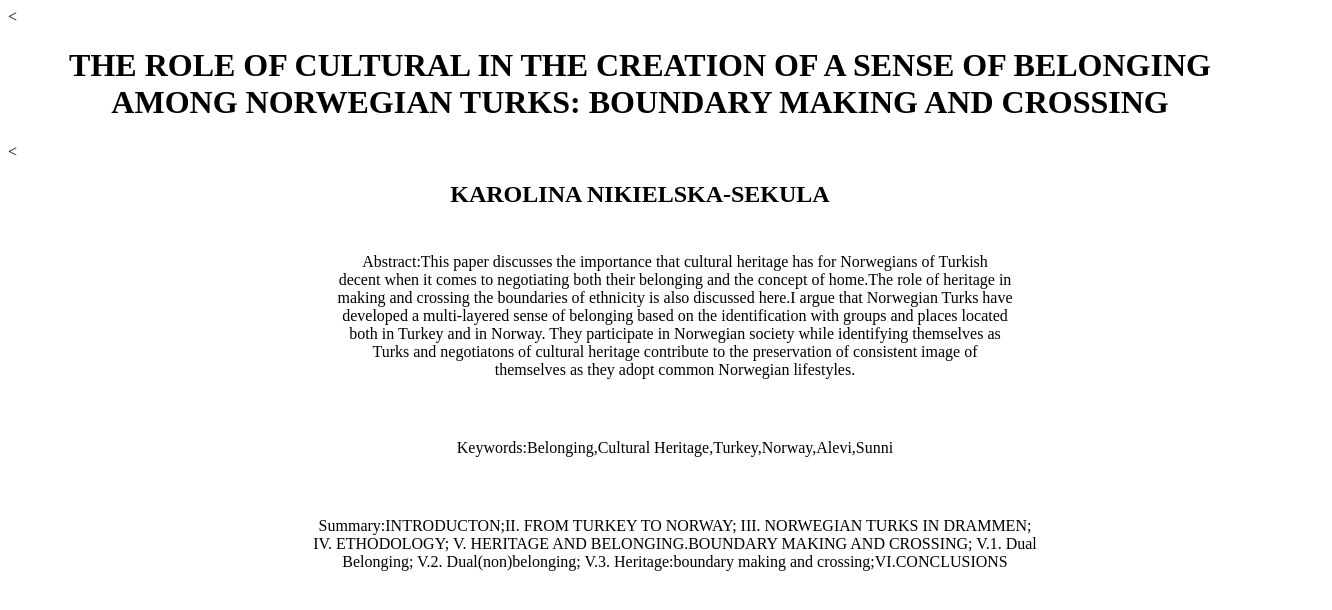
Repository: Pholi658/HTML-Task1
Page: Task2.html/No2.html
The author's editor kept a copy of each file at every save. The page is drawn from the files as they stood at one save, then again after the next save.
The browser window is 1280 px wide. The page is 1332 px wide, so the pictures cover 1332 px, including what lies to the right of the window. The pictures show the whole page.

Above is the page before, as saved 2024-10-17 14:35:10.

### Task2.html/No2.html
<!Doctype html>
<html lang=en>
< <head>
    <title>no2 task</title>
    <style>
        h1,
        h2 {
            text-align: center;
        }

        p {

            width: 100%;
            border: 7px honeydew;
            padding: 25px;
            margin: 10px;
            text-align: center;

        }
    </style>
    </head>

    <body>
        <h1>THE ROLE OF CULTURAL IN THE CREATION OF A
            SENSE OF BELONGING AMONG NORWEGIAN TURKS:
            BOUNDARY MAKING AND CROSSING
        </h1>
        <<h2>KAROLINA NIKIELSKA-SEKULA</h2>
            <p>Abstract:This paper discusses the importance that cultural heritage has for Norwegians of Turkish<br>
                decent when it comes to negotiating both their belonging and the concept of home.The role of heritage
                in<br>
                making and crossing the boundaries of ethnicity is also discussed here.I argue that Norwegian Turks
                have<br>
                developed a multi-layered sense of belonging based on the identification with groups and places
                located<br>
                both in Turkey and in Norway. They participate in Norwegian society while identifying themselves as<br>
                Turks and negotiatons of cultural heritage contribute to the preservation of consistent image of<br>
                themselves as they adopt common Norwegian lifestyles.</p>
            <p>Keywords:Belonging,Cultural Heritage,Turkey,Norway,Alevi,Sunni</p>
            <p>Summary:INTRODUCTON;II. FROM TURKEY TO NORWAY; III. NORWEGIAN TURKS IN DRAMMEN;<br>IV. ETHODOLOGY; V.
                HERITAGE
                AND BELONGING.BOUNDARY MAKING AND CROSSING; V.1. Dual<br>Belonging; V.2. Dual(non)belonging; V.3.
                Heritage:boundary making and crossing;VI.CONCLUSIONS</p>
    </body>

</html>

After the next save:
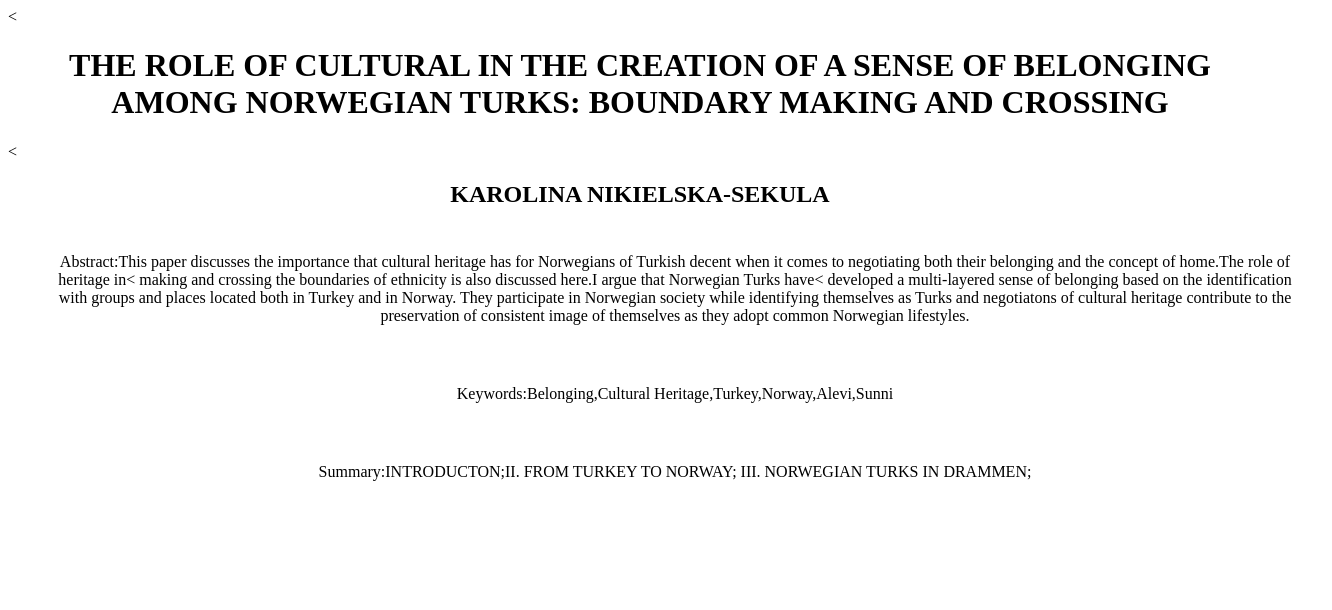
Saved 5 min 24 s later.
--- a/Task2.html/No2.html
+++ b/Task2.html/No2.html
@@ -26,20 +26,20 @@
             BOUNDARY MAKING AND CROSSING
         </h1>
         <<h2>KAROLINA NIKIELSKA-SEKULA</h2>
-            <p>Abstract:This paper discusses the importance that cultural heritage has for Norwegians of Turkish<br>
+            <p>Abstract:This paper discusses the importance that cultural heritage has for Norwegians of Turkish
                 decent when it comes to negotiating both their belonging and the concept of home.The role of heritage
-                in<br>
+                in<
                 making and crossing the boundaries of ethnicity is also discussed here.I argue that Norwegian Turks
-                have<br>
+                have<
                 developed a multi-layered sense of belonging based on the identification with groups and places
-                located<br>
-                both in Turkey and in Norway. They participate in Norwegian society while identifying themselves as<br>
-                Turks and negotiatons of cultural heritage contribute to the preservation of consistent image of<br>
+                located
+                both in Turkey and in Norway. They participate in Norwegian society while identifying themselves as
+                Turks and negotiatons of cultural heritage contribute to the preservation of consistent image of
                 themselves as they adopt common Norwegian lifestyles.</p>
             <p>Keywords:Belonging,Cultural Heritage,Turkey,Norway,Alevi,Sunni</p>
-            <p>Summary:INTRODUCTON;II. FROM TURKEY TO NORWAY; III. NORWEGIAN TURKS IN DRAMMEN;<br>IV. ETHODOLOGY; V.
+            <p>Summary:INTRODUCTON;II. FROM TURKEY TO NORWAY; III. NORWEGIAN TURKS IN DRAMMEN;<IV. ETHODOLOGY; V.
                 HERITAGE
-                AND BELONGING.BOUNDARY MAKING AND CROSSING; V.1. Dual<br>Belonging; V.2. Dual(non)belonging; V.3.
+                AND BELONGING.BOUNDARY MAKING AND CROSSING; V.1. Dual Belonging; V.2. Dual(non)belonging; V.3.
                 Heritage:boundary making and crossing;VI.CONCLUSIONS</p>
     </body>
 
